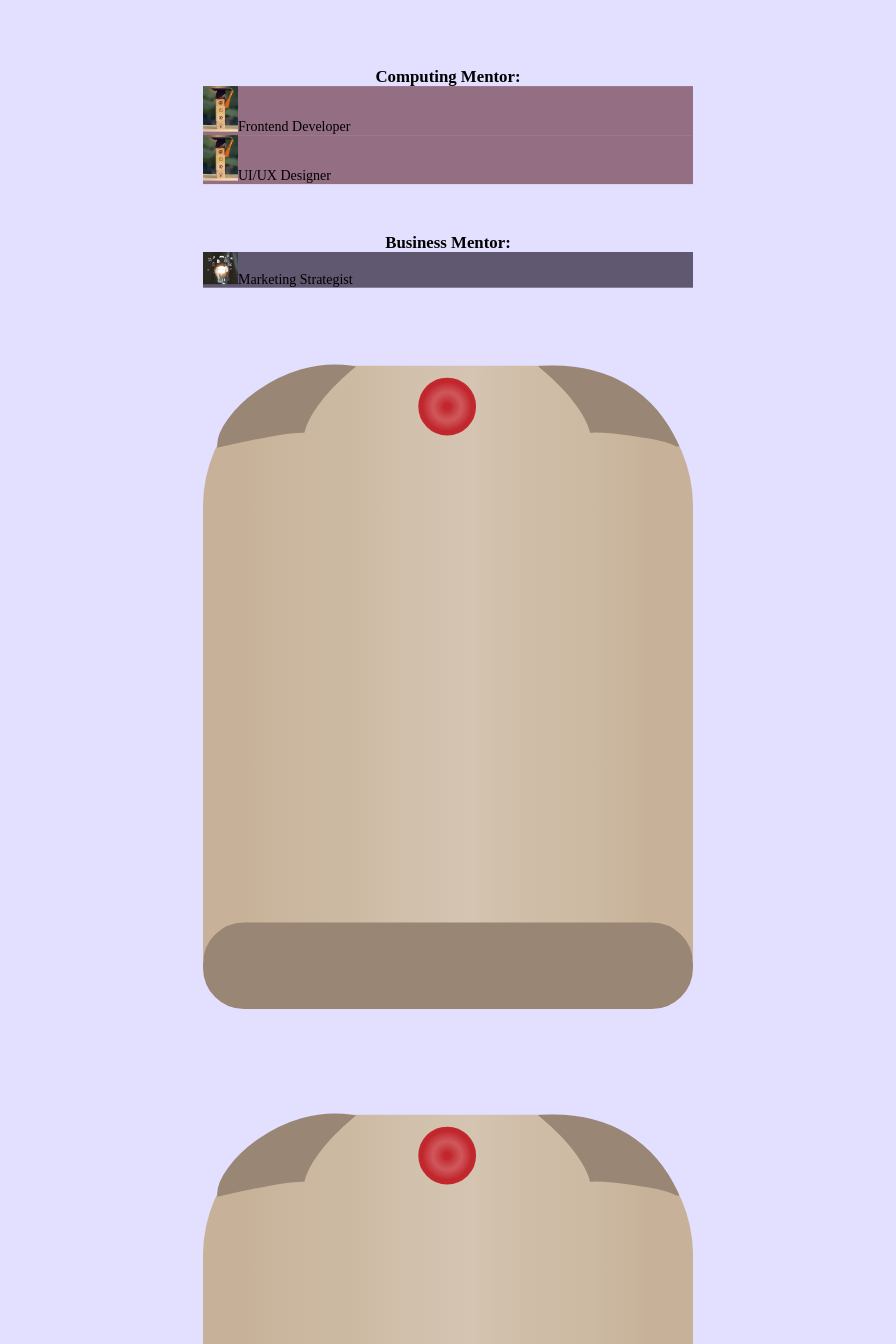
Repository: anikagrewal/week3example
Page: /about
The author's editor kept a copy of each file at every save. The page is drawn from the files as they stood at one save, then again after the next save.
The browser window is 1280 px wide. The pictures show the part of the page from y = 0 to 1920 px (the page is 2647 px tall before and 2585 px after), at 70% of full size.
The project was rebuilt for these pictures with package versions that can differ from the ones it lists, and the page was loaded fresh each time. The framework's server and built-in components were replaced by stand-ins that run in the browser. Also part of the build but not shown: next.config.js.

Above is the page before, as saved 2023-01-23 12:05:13.

### pages/about.js
import Head from 'next/head'
import Image from 'next/image'
import { Inter } from '@next/font/google'
import styles from '@/styles/About.module.css'
import data from '../data/workplace.json'
import { useState } from 'react'
import CardEmployee from '../components/CardEmployee'

const inter = Inter({ subsets: ['latin'] })

console.log(data);
export default function About() {

    const [information, setInformation] = useState([...data])

    return (
        <>
        <Head>
        <title>About Page</title>
        <meta name="description" content="Generated by create next app" />
        <meta name="viewport" content="width=device-width, initial-scale=1" />
        <link rel="icon" href="/favicon.ico" />
      </Head>
      <main className={styles.main}>



        <div className={styles.grid}>
        <div className={styles.gridlayout}>
        <div>
        <h2 className={styles.busdeg}>Computing Mentor: </h2>
        {information && information.map((info, index) => {
          if(info.graduate === "computing") {
            return (
              <div key={index}>
                <CardEmployee role={info.role} colour="#946E83" font="20px"/>
              </div>
            )
          }


        })}
        </div>

        <div>
        <h2 className={styles.busdeg}>Business Mentor: </h2>
        {information && information.map((info, index) => {
          if(info.graduate === "business") {
            return (
              <div key={index}>
                <CardEmployee role={info.role} colour="#605770" font="20px"/>
              </div>
            )
          }


})}
</div>

<Image
className={styles.scrollone}
width={700}
height={1000}
src={'vector/mentor.svg'}
/>
<Image
className={styles.scrolltwo}
width={700}
height={1000}
src={'vector/mentor.svg'}
/>
</div>
</div>
</main>
</>
    )
}

### styles/globals.css
:root {
  --max-width: 1100px;
  --border-radius: 12px;
  --font-mono: ui-monospace, Menlo, Monaco, 'Cascadia Mono', 'Segoe UI Mono',
    'Roboto Mono', 'Oxygen Mono', 'Ubuntu Monospace', 'Source Code Pro',
    'Fira Mono', 'Droid Sans Mono', 'Courier New', monospace;

  --foreground-rgb: #E3DFFF;
  --background-start-rgb: #E3DFFF;
  --background-end-rgb: #E3DFFF;
  --background-body-color: #E3DFFF;

  --primary-glow: conic-gradient(
    from 180deg at 50% 50%,
    #16abff33 0deg,
    #0885ff33 55deg,
    #54d6ff33 120deg,
    #0071ff33 160deg,
    transparent 360deg
  );
  --secondary-glow: radial-gradient(
    rgba(#E3DFFF, 1),
    rgba(#E3DFFF, 0)
  );

  --tile-start-rgb: 239, 245, 249;
  --tile-end-rgb: 228, 232, 233;
  --tile-border: conic-gradient(
    #00000080,
    #00000040,
    #00000030,
    #00000020,
    #00000010,
    #00000010,
    #00000080
  );

  --callout-rgb: #E3DFFF;
  --callout-border-rgb: 172, 175, 176;
  --card-rgb: 180, 185, 188;
  --card-border-rgb: 131, 134, 135;
}

@media (prefers-color-scheme: dark) {
  :root {
    --foreground-rgb: #E3DFFF;
    --background-start-rgb: 0, 0, 0;
    --background-end-rgb: 0, 0, 0;

    --primary-glow: radial-gradient(rgba(1, 65, 255, 0.4), rgba(1, 65, 255, 0));
    --secondary-glow: linear-gradient(
      to bottom right,
      rgba(1, 65, 255, 0),
      rgba(1, 65, 255, 0),
      rgba(1, 65, 255, 0.3)
    );

    --tile-start-rgb: 2, 13, 46;
    --tile-end-rgb: 2, 5, 19;
    --tile-border: conic-gradient(
      #ffffff80,
      #ffffff40,
      #ffffff30,
      #ffffff20,
      #ffffff10,
      #ffffff10,
      #ffffff80
    );

    --callout-rgb: 20, 20, 20;
    --callout-border-rgb: 108, 108, 108;
    --card-rgb: 100, 100, 100;
    --card-border-rgb: 200, 200, 200;
  }
}

* {
  box-sizing: border-box;
  padding: 0;
  margin: 0;
}

html,
body {
  max-width: 100vw;
  overflow-x: hidden;
}

body {
  color: rgb(var(--foreground-rgb));
  background: linear-gradient(
      to bottom,
      transparent,
      rgb(var(--background-end-rgb))
    )
    rgb(var(--background-start-rgb));
}

a {
  color: inherit;
  text-decoration: none;
}

@media (prefers-color-scheme: dark) {
  html {
    color-scheme: light;
  }
}

### styles/About.module.css
.main {
    display: flex;
    flex-direction: column;
    justify-content: space-between;
    align-items: center;
    padding: 6rem;
    min-height: 100vh;
    background-color: var(--background-body-color);
  }

  .description {
    display: inherit;
    justify-content: inherit;
    align-items: inherit;
    font-size: 0.85rem;
    max-width: var(--max-width);
    width: 100%;
    z-index: 2;
    font-family: var(--font-mono);
  }

  .description a {
    display: flex;
    justify-content: center;
    align-items: center;
    gap: 0.5rem;
  }

  .description p {
    position: relative;
    margin: 0;
    padding: 1rem;
    background-color: rgba(var(--callout-rgb), 0.5);
    border: 1px solid rgba(var(--callout-border-rgb), 0.3);
    border-radius: var(--border-radius);
  }

  .code {
    font-weight: 700;
    font-family: var(--font-mono);
  }

  .grid {
    display: grid;
    grid-template-columns: (4, minmax(25%, auto));
    width: var(--max-width);
    max-width: 100%;
    justify-content: center;
  }

  .gridlayout {
    display: flex;
    flex-direction: column;
   gap: 70px;
  }

  .card {
    padding: 1rem 1.2rem;
    border-radius: var(--border-radius);
    background: rgba(var(--card-rgb), 0);
    border: 1px solid rgba(var(--card-border-rgb), 0);
    transition: background 200ms, border 200ms;
  }

  .card span {
    display: inline-block;
    transition: transform 200ms;
  }

  .card h2 {
    font-weight: 600;
    margin-bottom: 0.7rem;
  }

  .card p {
    margin: 0;
    opacity: 0.6;
    font-size: 0.9rem;
    line-height: 1.5;
    max-width: 30ch;
  }





  .busdeg {
    display: flex;
    justify-content: center;
  }

  .compdeg {
    display: flex;
    justify-content: center;
  }

  .button {
    width: 150px;
    height: 50px;
    border-radius: 5px;
    font-size: 20px;
  }


  /* Conic Gradient Animation */
  .thirteen::before {
    animation: 6s rotate linear infinite;
    width: 200%;
    height: 200%;
    background: var(--tile-border);
  }

  /* Inner Square */
  .thirteen::after {
    inset: 0;
    padding: 1px;
    border-radius: var(--border-radius);
    background: linear-gradient(
      to bottom right,
      rgba(var(--tile-start-rgb), 1),
      rgba(var(--tile-end-rgb), 1)
    );
    background-clip: content-box;
  }

  /* Enable hover only on non-touch devices */
  @media (hover: hover) and (pointer: fine) {
    .card:hover {
      background: rgba(var(--card-rgb), 0.1);
      border: 1px solid rgba(var(--card-border-rgb), 0.15);
    }

    .card:hover span {
      transform: translateX(4px);
    }
  }

  @media (prefers-reduced-motion) {
    .thirteen::before {
      animation: none;
    }

    .card:hover span {
      transform: none;
    }
  }

  /* Mobile */
  @media (max-width: 700px) {
    .content {
      padding: 4rem;
    }

    .grid {
      grid-template-columns: 1fr;
      margin-bottom: 120px;
      max-width: 320px;
      text-align: center;
    }

    .card {
      padding: 1rem 2.5rem;
    }

    .card h2 {
      margin-bottom: 0.5rem;
    }

    .center {
      padding: 8rem 0 6rem;
    }

    .center::before {
      transform: none;
      height: 300px;
    }

    .description {
      font-size: 0.8rem;
    }

    .description a {
      padding: 1rem;
    }

    .description p,
    .description div {
      display: flex;
      justify-content: center;
      position: fixed;
      width: 100%;
    }

    .description p {
      align-items: center;
      inset: 0 0 auto;
      padding: 2rem 1rem 1.4rem;
      border-radius: 0;
      border: none;
      border-bottom: 1px solid rgba(var(--callout-border-rgb), 0.25);
      background: linear-gradient(
        to bottom,
        rgba(var(--background-start-rgb), 1),
        rgba(var(--callout-rgb), 0.5)
      );
      background-clip: padding-box;
      backdrop-filter: blur(24px);
    }

    .description div {
      align-items: flex-end;
      pointer-events: none;
      inset: auto 0 0;
      padding: 2rem;
      height: 200px;
      background: linear-gradient(
        to bottom,
        transparent 0%,
        rgb(var(--background-end-rgb)) 40%
      );
      z-index: 1;
    }
  }

  /* Tablet and Smaller Desktop */
  @media (min-width: 701px) and (max-width: 1120px) {
    .grid {
      grid-template-columns: repeat(2, 50%);
    }
  }

  @media (prefers-color-scheme: dark) {
    .vercelLogo {
      filter: invert(1);
    }

    .logo,
    .thirteen img {
      filter: invert(1) drop-shadow(0 0 0.3rem #ffffff70);
    }
  }

  @keyframes rotate {
    from {
      transform: rotate(360deg);
    }
    to {
      transform: rotate(0deg);
    }
  }

### data/workplace.json
[
    {
    "employeeNumber": "E2345",
    "firstName": "Joe",
    "role": "Frontend Developer",
    "position": "Junior",
    "graduate": "computing",
    "startDate": 2021
},
{
    "employeeNumber": "E6789",
    "firstName": "Alice",
    "role": "UI/UX Designer",
    "position": "Junior",
    "graduate": "computing",
    "startDate": 2020
},
{
    "employeeNumber": "E1011",
    "firstName": "Jane",
    "role": "Marketing Strategist",
    "position": "Junior",
    "graduate": "business",
    "startDate": 2022
}
]

### components/CardEmployee/index.js
export default function CardEmployee({
    role = "none",
    colour = "purple",
    font = "0",
    image = "icon/business.png"
}) {
    return(
        <div style={{backgroundColor: colour, fontSize:font}}>
            {
                colour === "#946E83" ? <img src={'icon/business.jpeg'} width="50"/> :
                colour === "#605770" ? <img src={'icon/computing.jpeg'} width="50"/>:
                                     <img src={image} width="50"/>
            }
            {role}
        </div>
    )
}

Loaded but not shown: pages/_app.js (common file); pages/_document.js (common file)

After the next save:
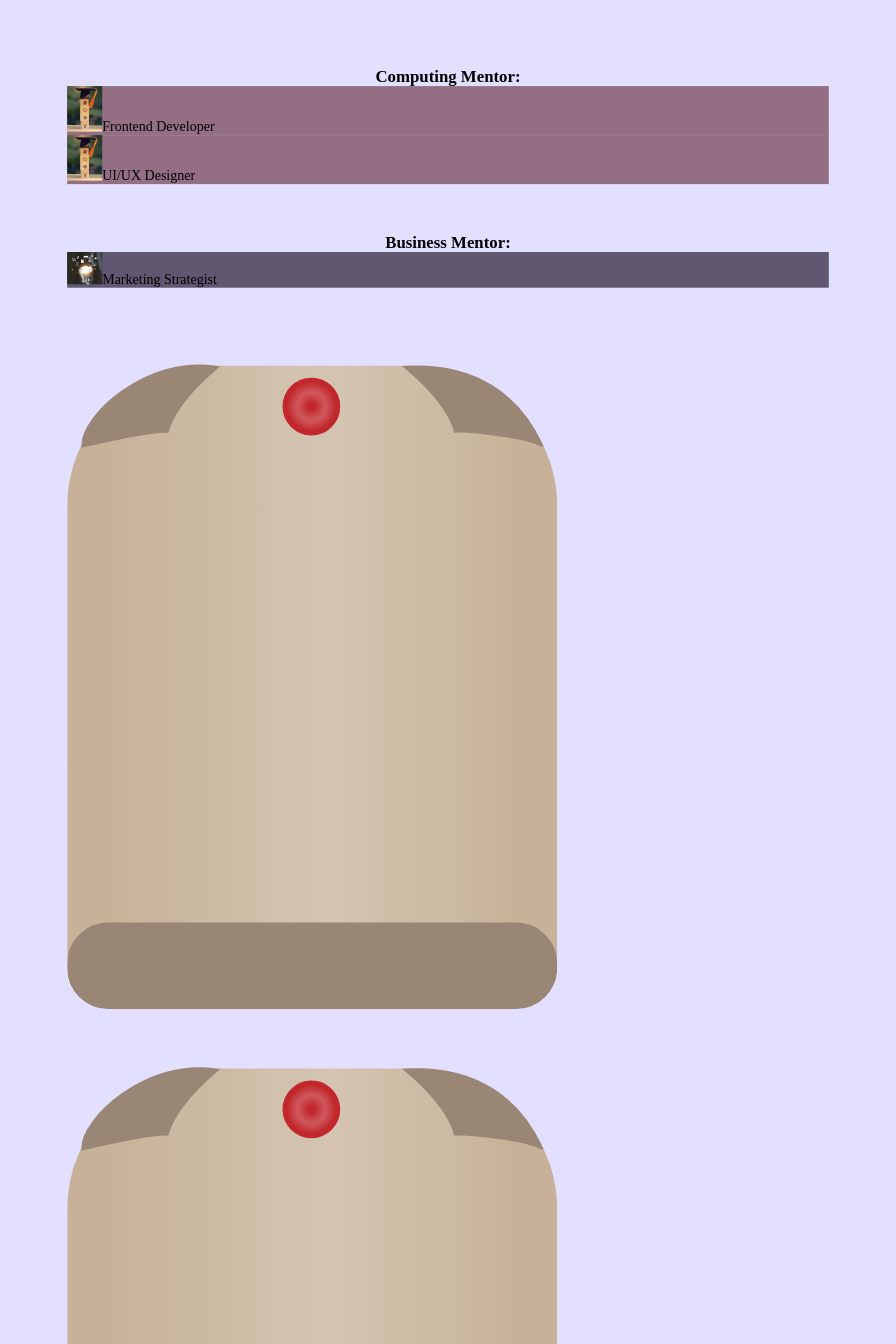
Saved 2 min 19 s later.
--- a/pages/about.js
+++ b/pages/about.js
@@ -57,6 +57,7 @@
 })}
 </div>
 
+<div className={styles.scrolls}>
 <Image
 className={styles.scrollone}
 width={700}
@@ -71,6 +72,7 @@
 />
 </div>
 </div>
+</div>
 </main>
 </>
     )
